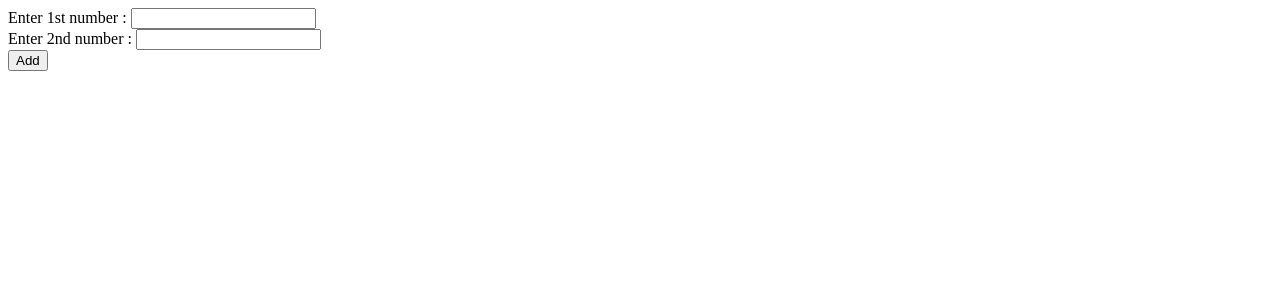
Repository: Bensoli-Inc/Eclipse-projects
Page: ServletApps/src/main/webapp/index.html
The author's editor kept a copy of each file at every save. The page is drawn from the files as they stood at one save, then again after the next save.
The browser window is 1280 px wide. The pictures show the whole page.

Above is the page before, as saved 2024-09-09 21:01:23.

After the next save:
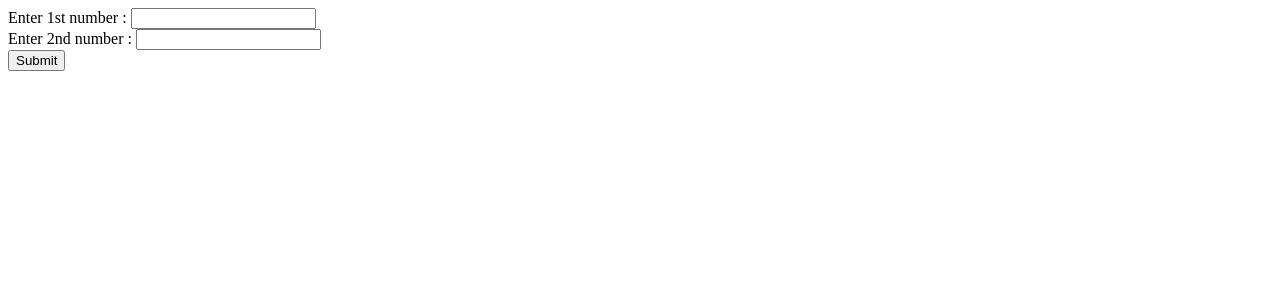
Saved 68 s later.
--- a/ServletApps/src/main/webapp/index.html
+++ b/ServletApps/src/main/webapp/index.html
@@ -2,17 +2,15 @@
 <html>
 <head>
 <meta charset="UTF-8">
-<title>1st servlet app</title>
+<title>servlet app</title>
 </head>
 <body>
-	<Form
-		action="add">
+	<Form action="add">
 
 		Enter 1st number : <input type="text" name="num1"> <br>
 		Enter 2nd number : <input type="text" name="num2"> <br>
 
-		<button type="submit"> Add </button>
-
+		<input type="submit">
 
 	</Form>
 </body>

After the save that followed:
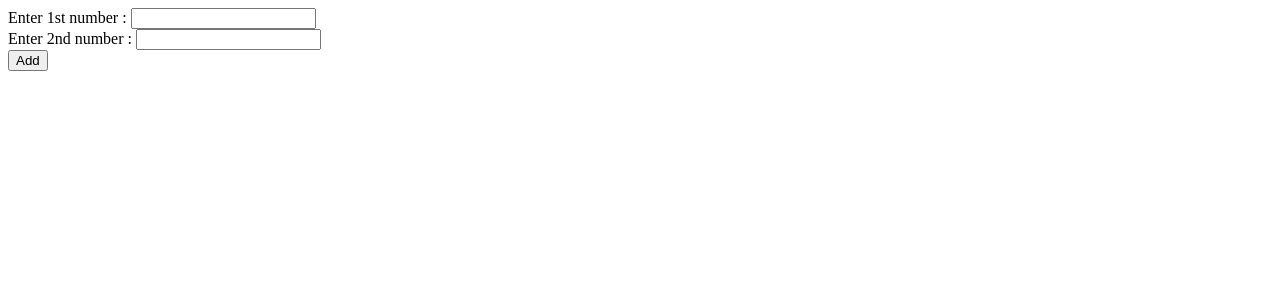
Saved 65 s later.
--- a/ServletApps/src/main/webapp/index.html
+++ b/ServletApps/src/main/webapp/index.html
@@ -2,7 +2,7 @@
 <html>
 <head>
 <meta charset="UTF-8">
-<title>servlet app</title>
+<title>1st servlet app</title>
 </head>
 <body>
 	<Form action="add">
@@ -10,7 +10,8 @@
 		Enter 1st number : <input type="text" name="num1"> <br>
 		Enter 2nd number : <input type="text" name="num2"> <br>
 
-		<input type="submit">
+		<button type="submit"> Add </button	>
+
 
 	</Form>
 </body>
